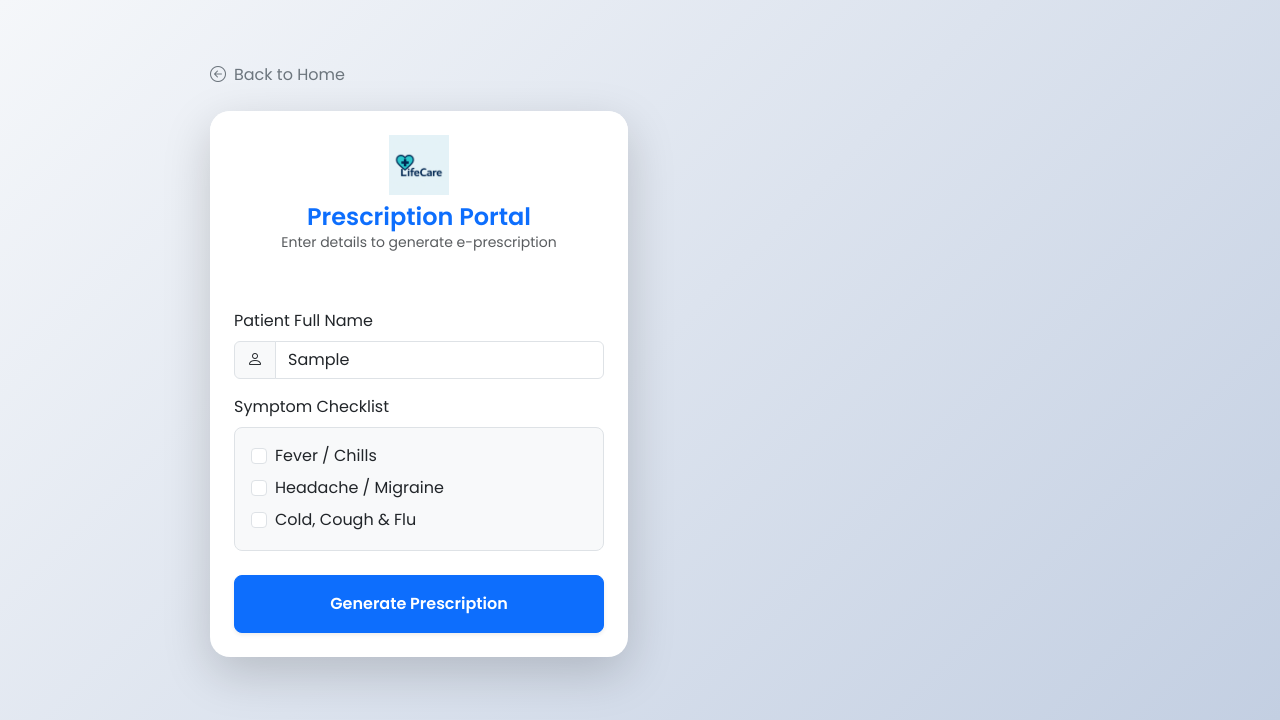
Repository: Rajasekaran0415/LifeCare-Management-System
Page: Project/prescription.html
These files come from the project's save history. The page is drawn as it stood at one moment and after a run of saves; the edit follows.
The browser window is 1280 px wide. The pictures show the whole page.
Empty fields were first filled with sample values (such as "Sample", 5 or name@example.com).
After loading, the first visible `#issueForm` was submitted once.
The page's requests for data from a server got no answer.

Above is the page before, as saved 2026-01-20 20:44:49.

After the next 6 saves:
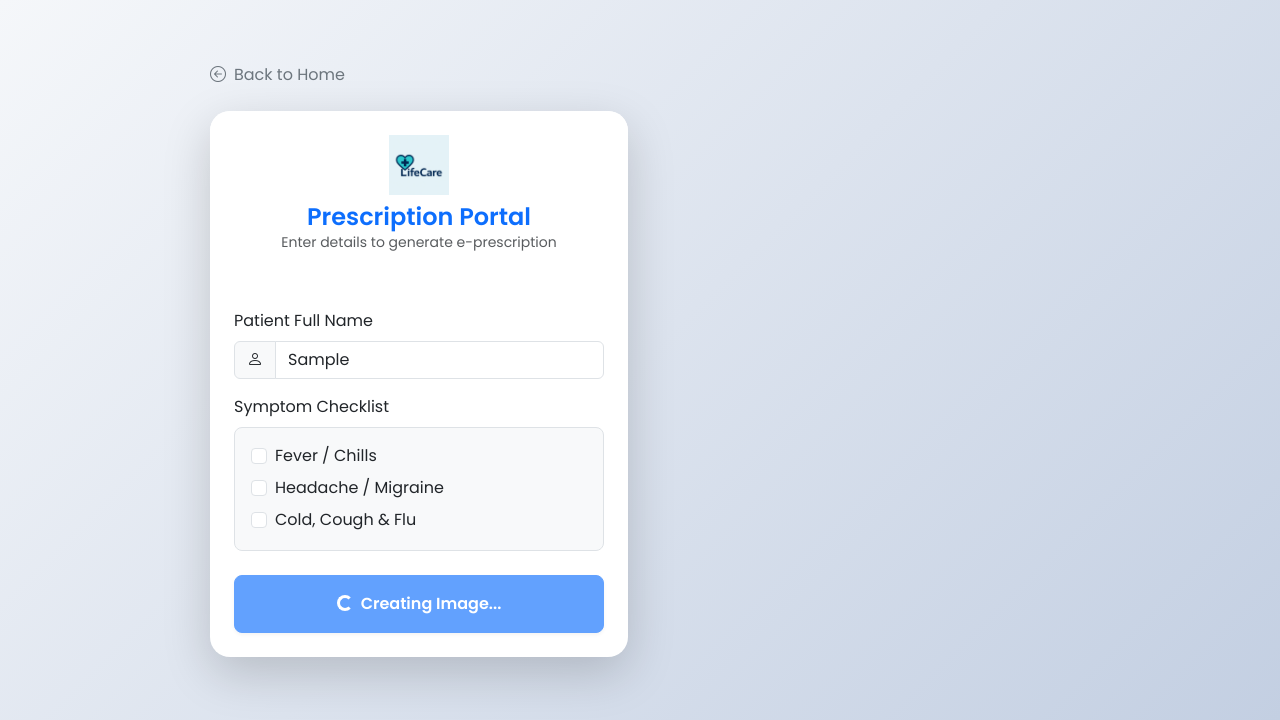
Console error: ReferenceError: issuesArray is not defined
The 6 saves are shown as one change because they came seconds apart.
The last was saved 3 min 48 s later.
--- a/Project/prescription.html
+++ b/Project/prescription.html
@@ -144,18 +144,17 @@
     btn.disabled = true;
     btn.innerHTML = '<span class="spinner-border spinner-border-sm me-2"></span>Creating Image...';
 
-    // 1. Collect issues
-    let issuesArray = [];
-    if (document.getElementById("fever").checked) issuesArray.push("Fever");
-    if (document.getElementById("headache").checked) issuesArray.push("Headache");
-    if (document.getElementById("cold").checked) issuesArray.push("Cold");
+
+    let issueArray = [];
+    if (document.getElementById("fever").checked) issueArray.push("Fever");
+    if (document.getElementById("headache").checked) issueArray.push("Headache");
+    if (document.getElementById("cold").checked) issueArray.push("Cold");
 
     const data = {
         name: document.getElementById("name").value.trim(),
         issue: issuesArray.join(", ")
     };
 
-    // 2. API Call (Matches your back-end RequestMapping)
     fetch("http://localhost:8080/prescription/prescriptionsave/generate-image", {
         method: "POST",
         headers: { "Content-Type": "application/json" },

After the save that followed:
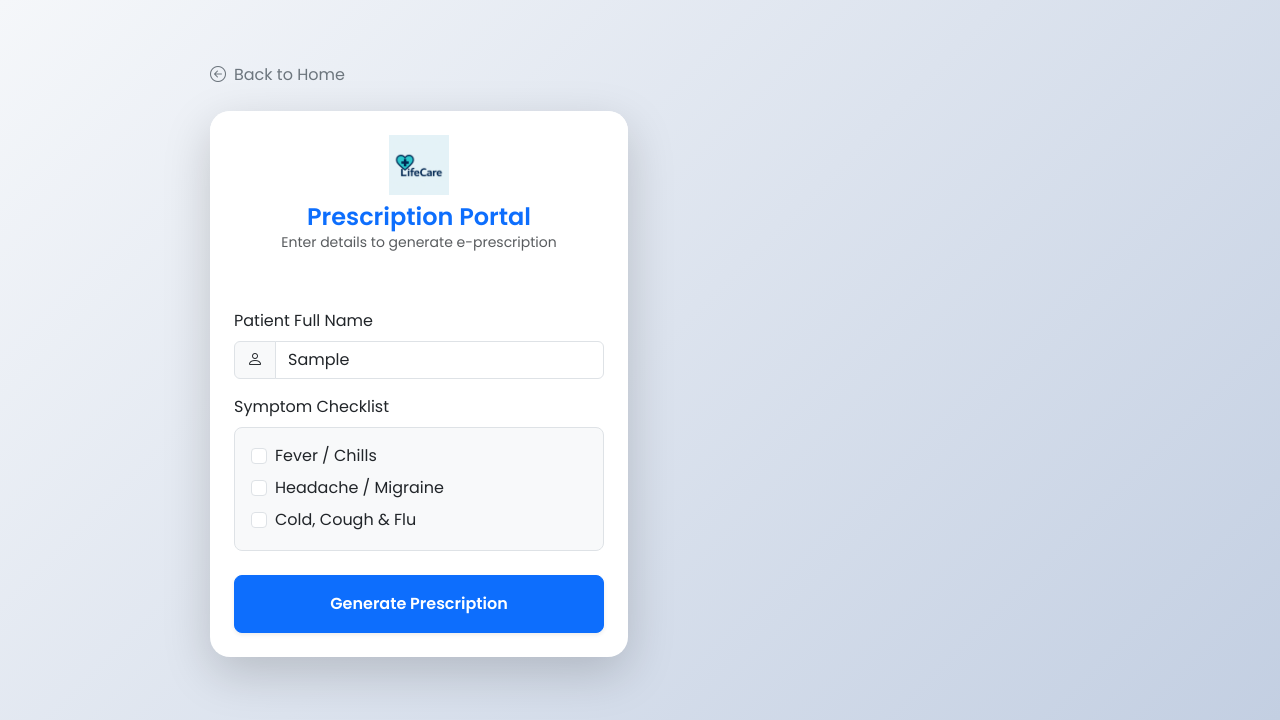
The error is gone.
Saved 5 s later.
--- a/Project/prescription.html
+++ b/Project/prescription.html
@@ -152,7 +152,7 @@
 
     const data = {
         name: document.getElementById("name").value.trim(),
-        issue: issuesArray.join(", ")
+        issue: issueArray.join(", ")
     };
 
     fetch("http://localhost:8080/prescription/prescriptionsave/generate-image", {
